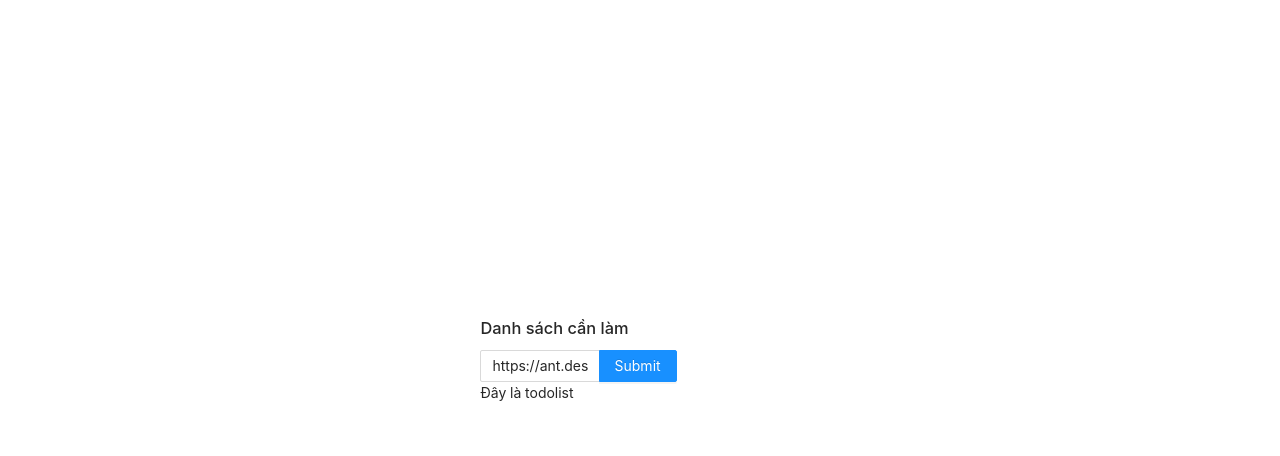
Repository: tiendungjr123/Todo-App
Page: /
These files come from the project's save history. The page is drawn as it stood at one moment and after the next save; the edit follows.
The browser window is 1280 px wide. The pictures show the whole page.
The project was rebuilt for these pictures with package versions that can differ from the ones it lists, and the page was loaded fresh each time.

Above is the page before, as saved 2022-09-22 09:56:41.

After the next save:
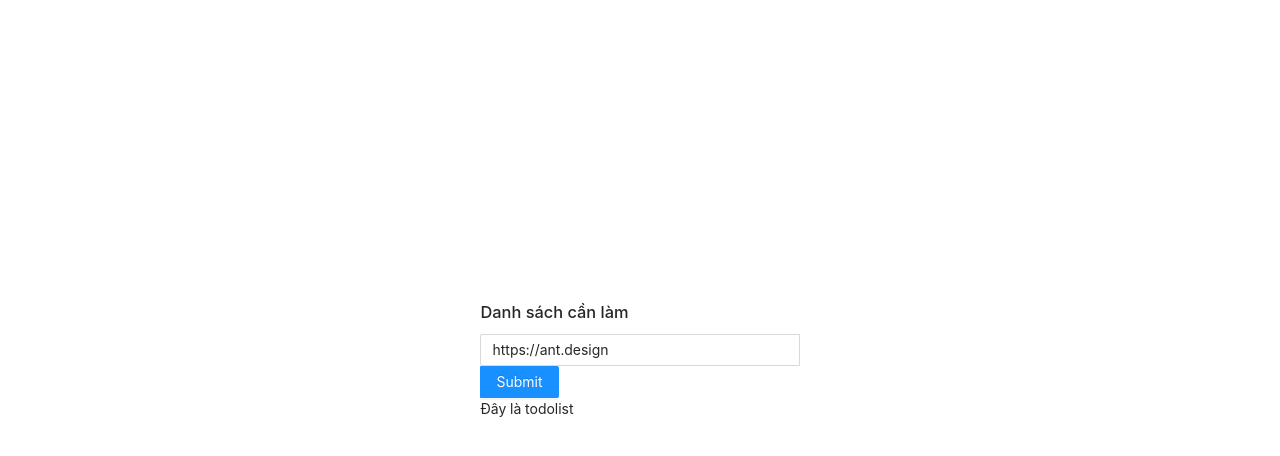
Saved 15 s later.
--- a/src/App.js
+++ b/src/App.js
@@ -7,9 +7,6 @@ function App() {
       <h3>Danh sách cần làm</h3>
       <Input.Group compact>
         <Input
-          style={{
-            width: 'calc(100% - 200px)',
-          }}
           defaultValue="https://ant.design"
         />
         <Button type="primary">Submit</Button>
